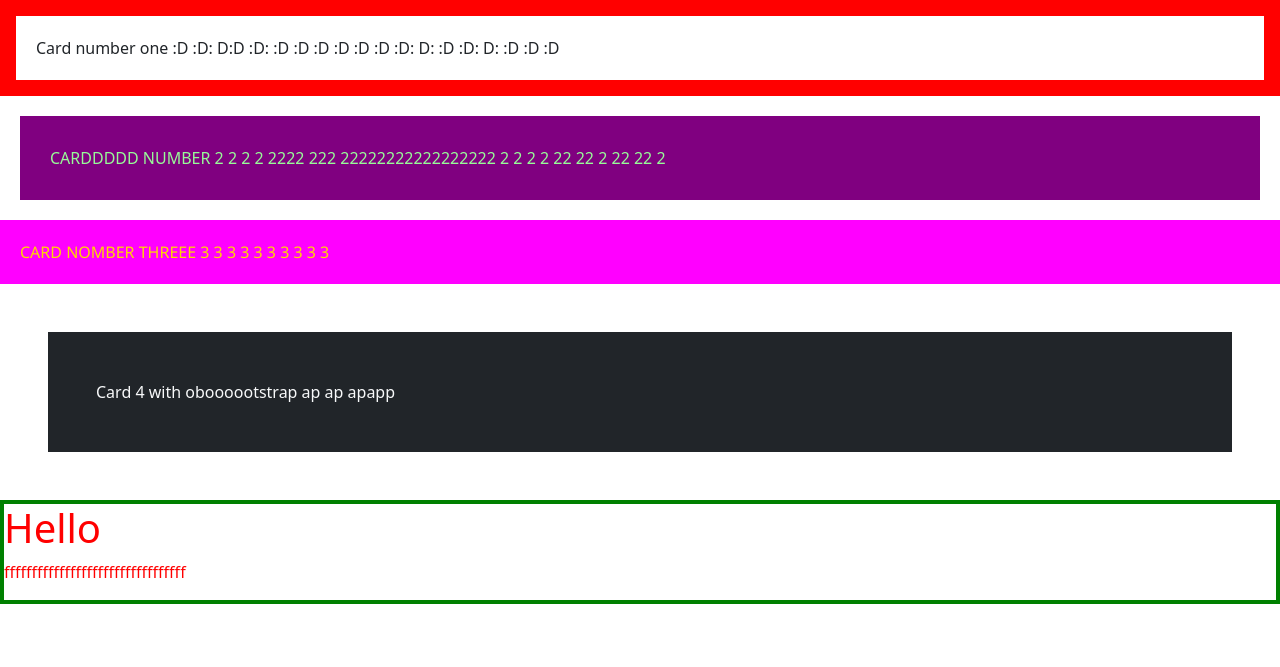
Repository: FbW-E01/spa-react-stylish-cards-gronger
Page: / (app in react-stuff/)
An editor plug-in stored every save of this project. The page is shown before and after the next save, followed by the edit.
The browser window is 1280 px wide. The pictures show the whole page.
The project was rebuilt for these pictures with package versions that can differ from the ones it lists, and the page was loaded fresh each time.

Above is the page before, as saved 2021-07-14 14:07:29.

### react-stuff/src/index.js
import React from 'react';
import ReactDOM from 'react-dom';
import './main.scss';
import 'bootstrap/dist/css/bootstrap.min.css';
import styled from 'styled-components';


function CardOneInline() {
  const divStyle = {
    border: '16px solid red',
    margin: 'auto',
    padding: '20px',
  }

  return <div style={divStyle}>
    Card number one :D :D: D:D :D: :D :D :D :D :D :D :D: D: :D :D: D: :D :D :D
  </div>
}

function CardTwoClass() {
  let className = 'purpleClass';

  return <div className={className}>
    CARDDDDD NUMBER 2 2 2 2 2222 222 22222222222222222 2 2 2 2 22 22 2 22 22  2
  </div>
}

function CardThreeScssClass() {
  return <div className='class-3'>
    CARD NOMBER THREEE 3 3 3 3 3 3 3 3 3 3
  </div>
}

function CardFourBootstrap() {
  return <div className="p-5 m-5 warning bg-dark text-light">
    Card 4 with oboooootstrap ap ap apapp
  </div>
}

const MyDiv = styled.div`
  border: 4px solid green;
  color: red;
`;

ReactDOM.render(
  <div className="wrapper">
    <CardOneInline />
    <CardTwoClass />
    <CardThreeScssClass />
    <CardFourBootstrap />
    <MyDiv><h1>Hello</h1>
    <p>fffffffffffffffffffffffffffffffff</p></MyDiv>
  </div>

  , document.getElementById('root')
);

### react-stuff/src/main.scss
.wrapper {
    .class-3 {
        background-color: fuchsia;
        color: gold;
        font-family: 'Segoe UI', Tahoma, Geneva, Verdana, sans-serif;
        margin: auto;
        padding: 20px;
    }
    .purpleClass {
        color: palegreen;
        background-color: purple;
        padding: 30px;
        margin: 20px;
    }
}

Loaded but not shown: react-stuff/public/index.html (common file)

After the next save:
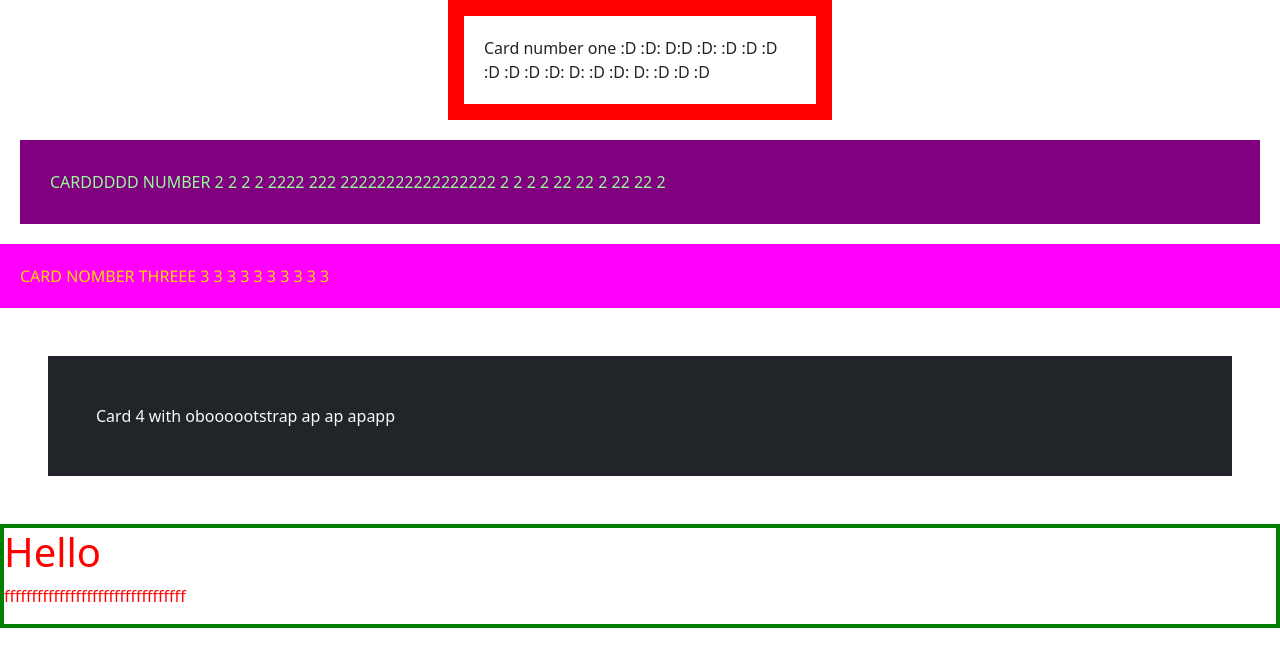
Saved 39 s later.
--- a/react-stuff/src/index.js
+++ b/react-stuff/src/index.js
@@ -10,6 +10,7 @@ function CardOneInline() {
     border: '16px solid red',
     margin: 'auto',
     padding: '20px',
+    width: '30%',
   }
 
   return <div style={divStyle}>
